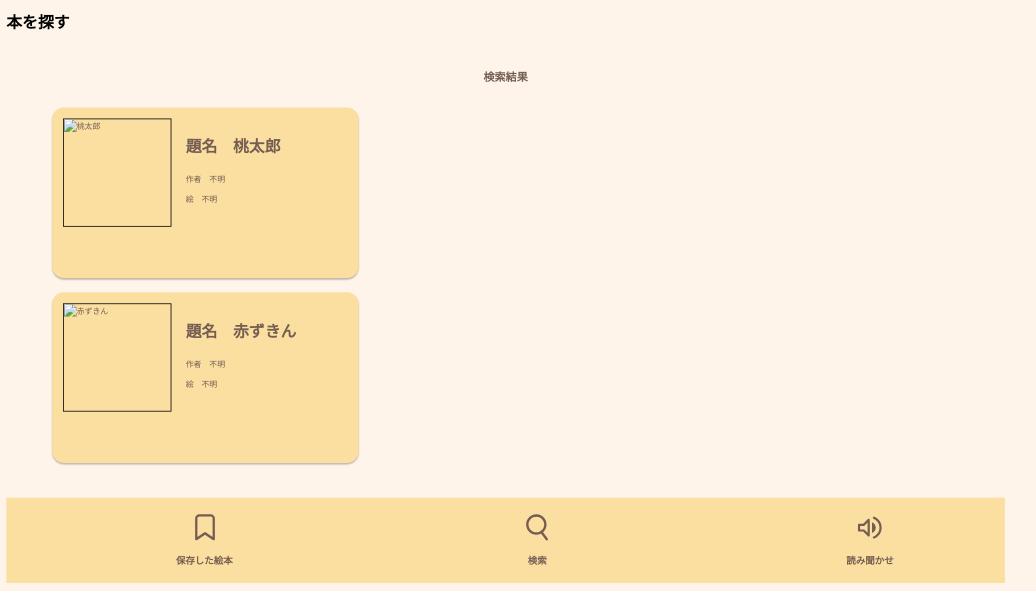
Repository: kmii12/2024-teampj
Page: /result
These files come from the project's save history. The page is drawn as it stood at one moment and after the next save; the edit follows.
The browser window is 1280 px wide. The page is 1312 px wide, so the pictures cover 1312 px, including what lies to the right of the window. The pictures show the whole page, at 79% of full size.
Some web fonts or font styles are not loaded; a fallback is used. The project was rebuilt for these pictures with package versions that can differ from the ones it lists, and the page was loaded fresh each time. The framework's server and built-in components were replaced by stand-ins that run in the browser. Also part of the build but not shown: next.config.mjs.

Above is the page before, as saved 2024-10-23 11:15:48.

After the next save:
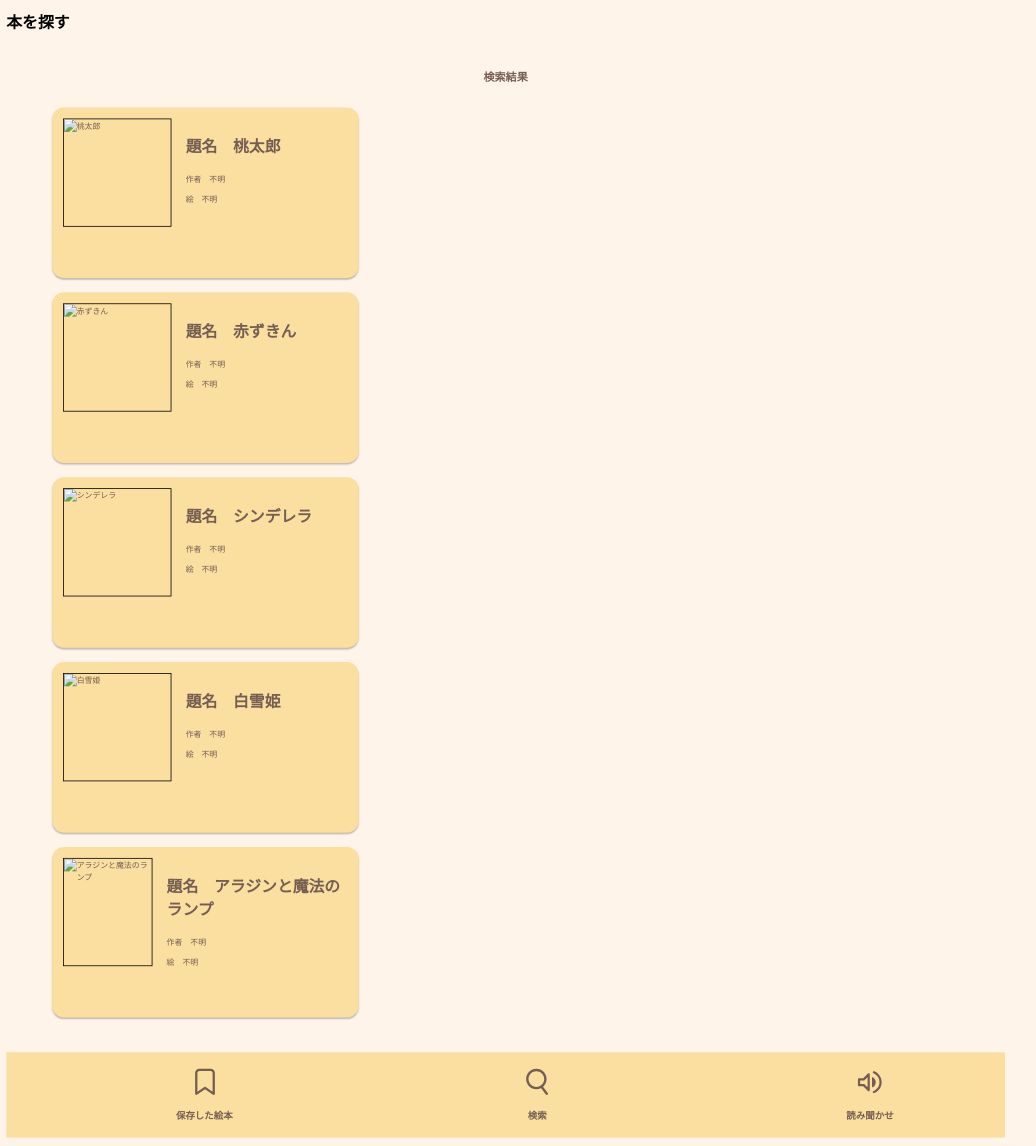
Saved 43 s later.
--- a/src/app/result/page.tsx
+++ b/src/app/result/page.tsx
@@ -47,6 +47,48 @@ export default function Result() {
       location: "海外",
       season: "不明",
     },
+    {
+      id: 3,
+      title: "シンデレラ",
+      writer: "不明",
+      illustrator: "不明",
+      livingThing: "人間",
+      mainCharacter: "シンデレラ",
+      character: ["シンデレラ", "王子", "魔法使い"],
+      genre: "昔話",
+      location: "海外",
+      hue: "不明",
+      atmosphere: "",
+      season: "不明",
+    },
+    {
+      id: 4,
+      title: "白雪姫",
+      writer: "不明",
+      illustrator: "不明",
+      livingThing: ["人間", "陸の生き物"],
+      mainCharacter: "白雪姫",
+      character: ["白雪姫", "王子", "魔女", "小人"],
+      genre: "昔話",
+      location: "海外",
+      hue: "不明",
+      atmosphere: "",
+      season: "不明",
+    },
+    {
+      id: 5,
+      title: "アラジンと魔法のランプ",
+      writer: "不明",
+      illustrator: "不明",
+      livingThing: ["人間", "陸の生き物"],
+      mainCharacter: "アラジン",
+      character: ["アラジン", "ジーニー", "王女", "魔法使い", "盗賊"],
+      genre: "昔話",
+      location: "海外",
+      hue: "不明",
+      atmosphere: "",
+      season: "不明",
+    },
   ];
   return (
     <>
